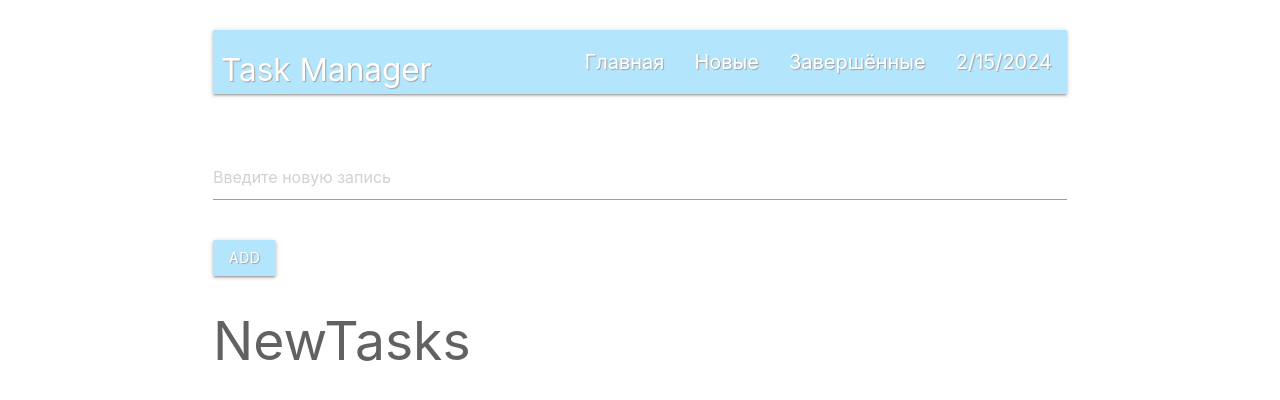
Repository: iveivs/myReactTaskManager
Page: /new
These files come from the project's save history. The page is drawn as it stood at one moment and after the next save; the edit follows.
The browser window is 1280 px wide. The pictures show the whole page.
The project was rebuilt for these pictures with package versions that can differ from the ones it lists, and the page was loaded fresh each time. Also part of the build but not shown: vite.config.js, src/components/DoneTasks.jsx, src/components/MainPage.jsx.

Above is the page before, as saved 2024-02-15 15:29:53.

After the next save:
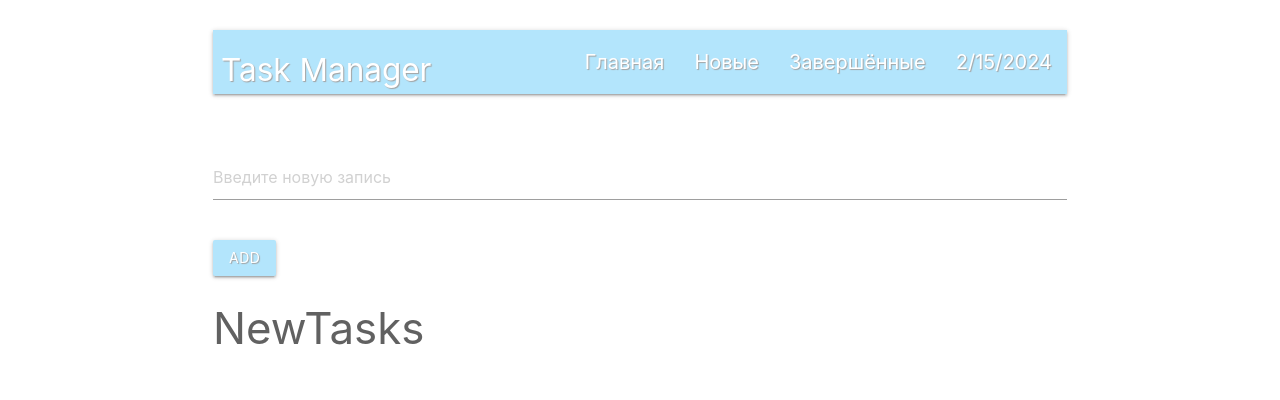
Saved 3 s later.
--- a/src/components/NewTasks.jsx
+++ b/src/components/NewTasks.jsx
@@ -6,7 +6,7 @@ export default function NewTasks () {
     // console.log('tasks', tasks);
     return (
         <div>
-            <h2 className="textTitle">NewTasks</h2>
+            <h3 className="textTitle">NewTasks</h3>
         </div>
     )
 }
